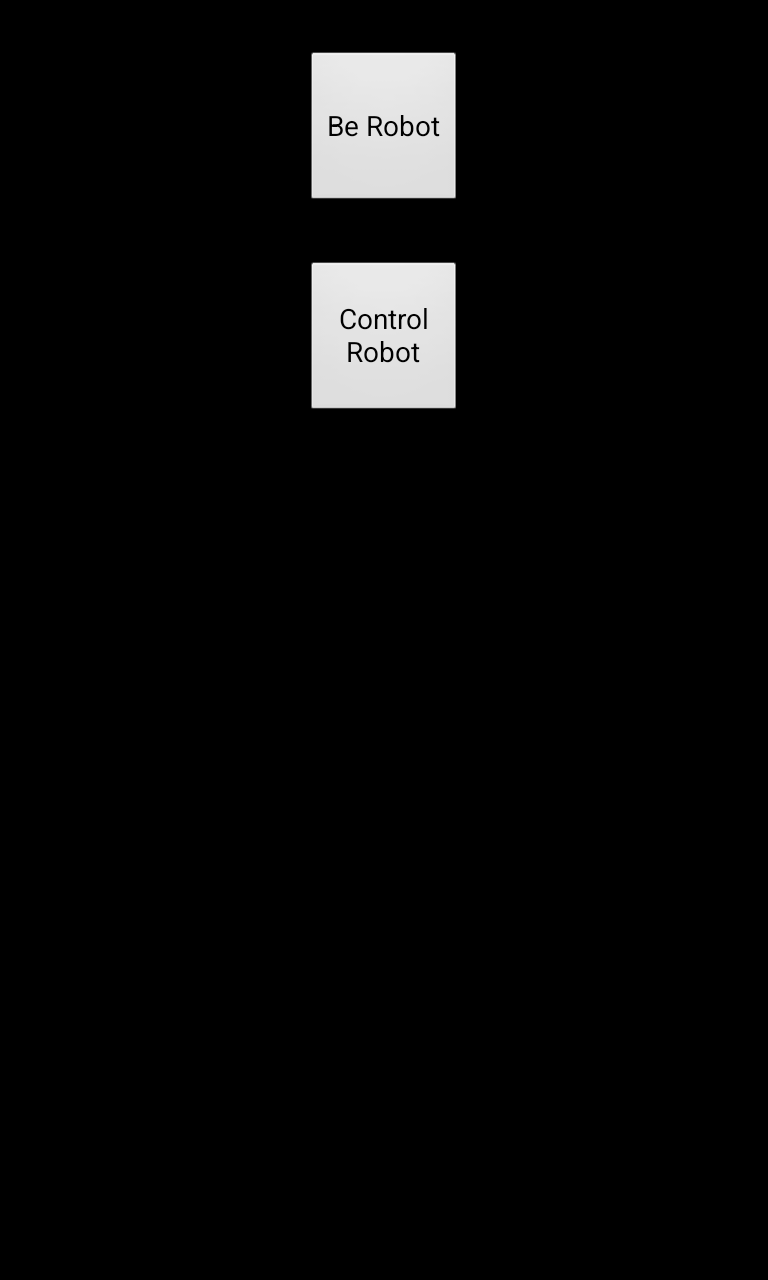
Repository: L8/open_robot
Layout: Android/TouchRobot/res/layout/main.xml
An editor plug-in stored every save of this project. The layout is shown before and after the next save, followed by the edit.
It is drawn on a 768 x 1280 px phone screen (xhdpi) without system bars, with theme android:Theme; the app's code is not run.

Above is the layout before, as saved 2010-10-17 21:31:55.

After the next save:
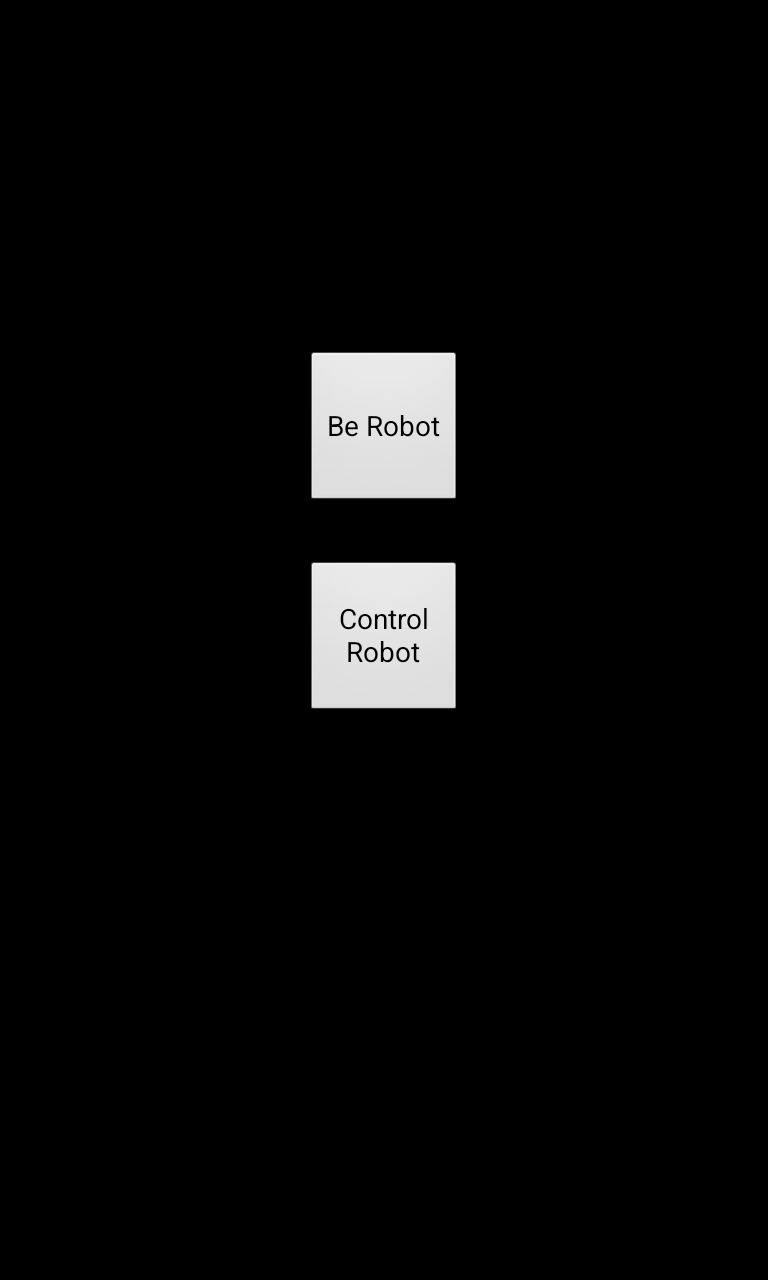
Saved 57 s later.
--- a/Android/TouchRobot/res/layout/main.xml
+++ b/Android/TouchRobot/res/layout/main.xml
@@ -11,7 +11,7 @@
   		android:background="#FF000000"
   		android:gravity="center_vertical"
   		android:layout_width="15px"
-  		android:layout_height="50px"
+  		android:layout_height="350px"
   		android:visibility="invisible"/>
 
   	<Button android:id="@+id/on_robot_activity_button"
